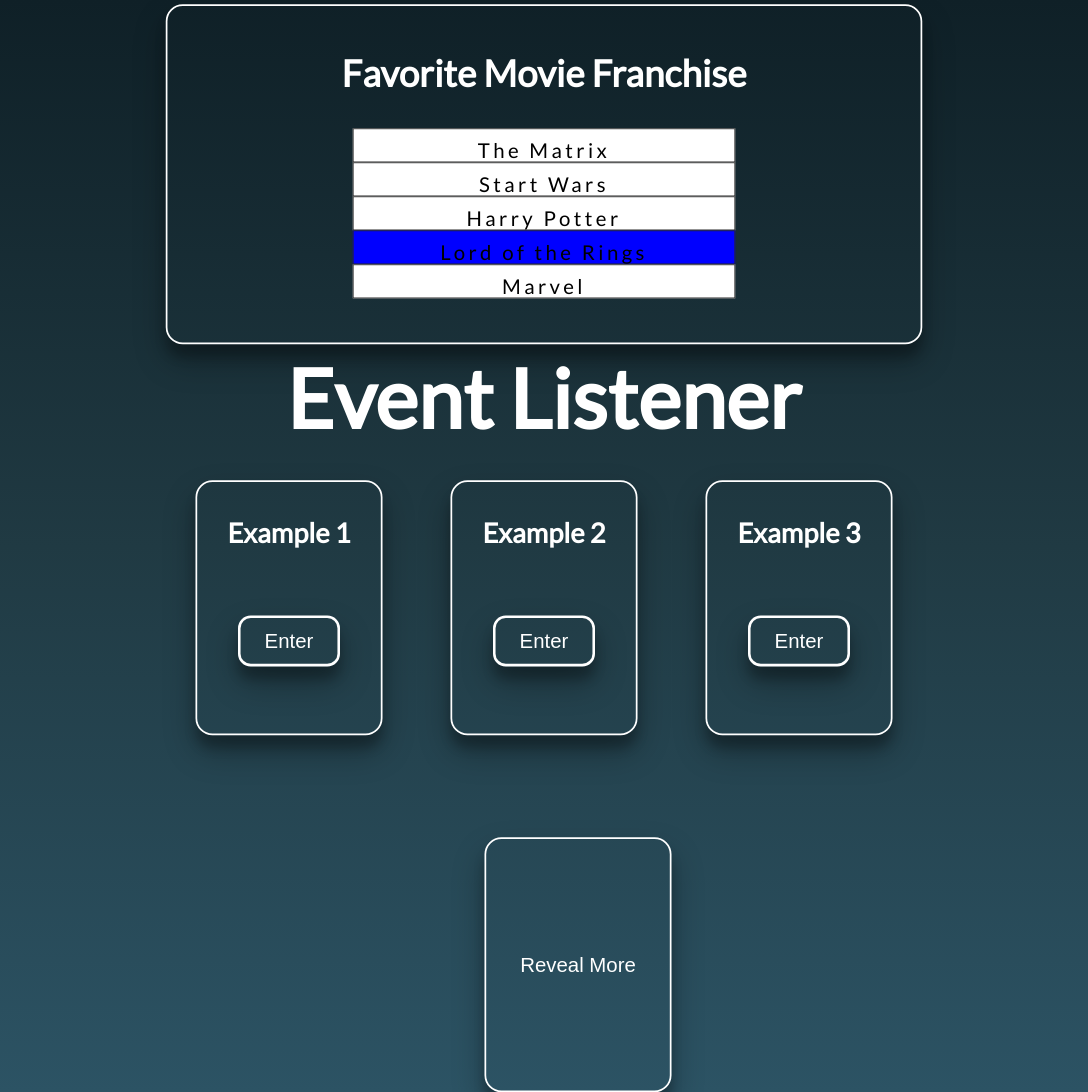
Repository: Ellisvelandia/DOM-Manipulation
Page: index.html
The author's editor kept a copy of each file at every save. The page is drawn from the files as they stood at one save, then again after the next save.
The browser window is 1280 px wide. The pictures show the whole page, at 85% of full size.

Above is the page before, as saved 2022-08-22 18:40:12.

### index.html
<!DOCTYPE html>
<html lang="en">
  <head>
    <meta charset="UTF-8" />
    <meta http-equiv="X-UA-Compatible" content="IE=edge" />
    <meta name="viewport" content="width=device-width, initial-scale=1.0" />
    <link rel="stylesheet" href="style.css" />
    <title>Master DOM Manipulation</title>
  </head>
  <body>
    <div>
      <div class="container">
        <h1 id="main-heading">Favorite Movie Franchise</h1>
        <ul>
          <li class="list-items">The Matrix</li>
          <li class="list-items">Start Wars</li>
          <li class="list-items">Harry Potter</li>
          <li class="list-items">Lord of the Rings</li>
          <li class="list-items">Marvel</li>
        </ul>
      </div>
      <h2 id="main-heading_event">Event Listener</h2>
      <div class="container_event_listener">
        <div class="boxes box-1">
          <h1 id="heading">Example 1</h1>
          <button onclick="alert('I love Javascript')">Enter</button>
        </div>
        <div class="boxes box-2">
          <h1 id="heading">Example 2</h1>
          <button class="btn-2">Enter</button>
        </div>
        <div class="boxes box-3">
          <h1 id="heading">Example 3</h1>
          <button class="btn-3">Enter</button>
        </div>
      </div>

      <div class="Event">
        <div class="hidden-content boxes">
          The Document Object Model is a cross-platform and language-independent
          interface that treats an XML or HTML document as a tree structure
          wherein each node is an object representing a part of the document. The
          DOM represents a document with a logical tree.
        </div>
        <button class="reveal-btn boxes">Reveal More</button>
      </div>

    </div>
    <script src="app.js"></script>
  </body>
</html>

### style.css
@import url("https://fonts.googleapis.com/css2?family=Lato&display=swap");

* {
  list-style: none;
  padding: 0;
  margin: 0;
  box-sizing: border-box;
}

body {
  background: linear-gradient(#0f2027, #203a43, #2c5364);
  height: 100%;
  max-width: 100%;
  font-family: "Lato", sans-serif;
  display: flex;
  justify-content: center;
  align-items: center;
}

.container {
  display: flex;
  align-items: center;
  flex-direction: column;
  justify-content: center;
  border: 1px solid transparent;
  padding: 5px;
  border-radius: 20px;
  height: 400px;
  border: 2px solid #fff;
  box-shadow: rgba(0, 0, 0, 0.3) 0px 19px 38px,
    rgba(0, 0, 0, 0.22) 0px 15px 12px;
  margin: 5px;
}

#main-heading {
  font-size: 2.7rem;
  font-weight: 900;
  color: #fff;
  padding-bottom: 40px;
}

.list-items {
  text-align: center;
  color: #000;
  font-size: 1.5rem;
  font-weight: 300;
  background-color: #fff;
  padding-top: 10px;
  width: 450px;
  height: 40px;
  border: rgb(39, 39, 39) solid 1px;
  letter-spacing: 4px;
}

ul {
  list-style: none;
}

.container_event_listener {
  display: flex;
  align-items: center;
  justify-content: center;
}

.boxes {
  max-width: 100%;
  margin: 5px;
  border: 1px solid transparent;
  border-radius: 20px;
  height: 300px;
  margin: 40px;
  width: 220px;
  border: 2px solid #fff;
  box-shadow: rgba(0, 0, 0, 0.3) 0px 19px 38px,
    rgba(0, 0, 0, 0.22) 0px 15px 12px;
}

#heading {
  position: relative;
  top: 20%;
  left: 50%;
  transform: translate(-50%, -50%);
  color: #fff;
  text-align: center;
}

#main-heading_event {
  text-align: center;
  font-weight: bold;
  font-size: 6rem;
  color: #fff;
}

button {
  position: relative;
  top: 50%;
  left: 50%;
  transform: translate(-50%, -50%);
  box-shadow: rgba(0, 0, 0, 0.3) 0px 19px 38px,
    rgba(0, 0, 0, 0.22) 0px 15px 12px;
  width: 120px;
  height: 60px;
  border: 3px solid #fff;
  border-radius: 15px;
  color: #fff;
  font-size: 1.5rem;
  background-color: transparent;
  cursor: pointer;
}
.Event {
  display: grid;
  place-content: center;
}

.hidden-content {
  display: none;
}

.hidden-content.reveal-btn {
  display: block;
}

### app.js
// // // const title = document.querySelector("#main-heading");

// // // title.style.color = "red";

// // // console.log(title);

// // // const listItems = document.querySelectorAll(".list-items");

// // // for (i = 0; i < listItems.length; i++) {
// // //   listItems[i].style.fontSize = "2rem";
// // // }

// // // console.log(listItems);

// // // Creating Element

// // const ul = document.querySelector("ul");
// // const li = document.querySelector("li");

// // // Adding Elements

// // ul.append(li)

// // // Modifying the text

// // // const firstListItem = document.querySelector('.list-items');

// // // console.log (firstListItem.innerText);
// // // console.log (firstListItem.textContent);
// // // console.log (firstListItem.innerHTML);

// // li.innerText = 'x-men';

// // // Modifying Attributes & classes

// // li.classList.remove('list-items')

// // console.log(li.classList.contains('list-items'));

// // // Remove Elements

// // li.remove();

// // traverse the DOM

// // Parent Node Traversal

// let ul = document.querySelector("ul");

// // console.log(ul.parentNode.parentNode);
// // console.log(ul.parentElement.parentElement);

// const html = document.documentElement;

// console.log(html.parentNode);
// console.log(html.parentElement)

// Child Node Traversal

let ul = document.querySelector("ul");

// console.log(ul.childNodes);
// console.log(ul.firstChild);
// console.log(ul.lastChild);

ul.childNodes[7].style.backgroundColor = "blue";

// console.log (ul.children);
// console.log(ul.firstElementChild);
// console.log(ul.lastElementChild);

// Sibling  Traversal

// let ul = document.querySelector("ul");
// const div = document.querySelector("div");

// console.log(div.childNodes)

// console.log(ul.previousElementSibling);
// console.log(ul.nextElementSibling);

// Event Listener

// element.addEventListener("click", function)

const buttonTwo = document.querySelector(".btn-2");

function alertBtn() {
  alert("I also love javascript");
}

buttonTwo.addEventListener("click", alertBtn);

// Mouseover

const newBackgroundColor = document.querySelector(".box-3");

function changeBgColor() {
  newBackgroundColor.style.backgroundColor = "blue";
}

newBackgroundColor.addEventListener("mouseover", changeBgColor);

//Real Event

const revealBtn = document.querySelector(".reveal-btn");

const hiddenContent = document.querySelector(".hidden-content");

function revealContent() {
  if (hiddenContent.classList.contains("reveal-btn")) {
    hiddenContent.classList.remove("revela-btn");
  } else {
    hiddenContent.classList.add("reveal-btn");
  }
}

revealBtn.addEventListener("click", revealContent);

After the next save:
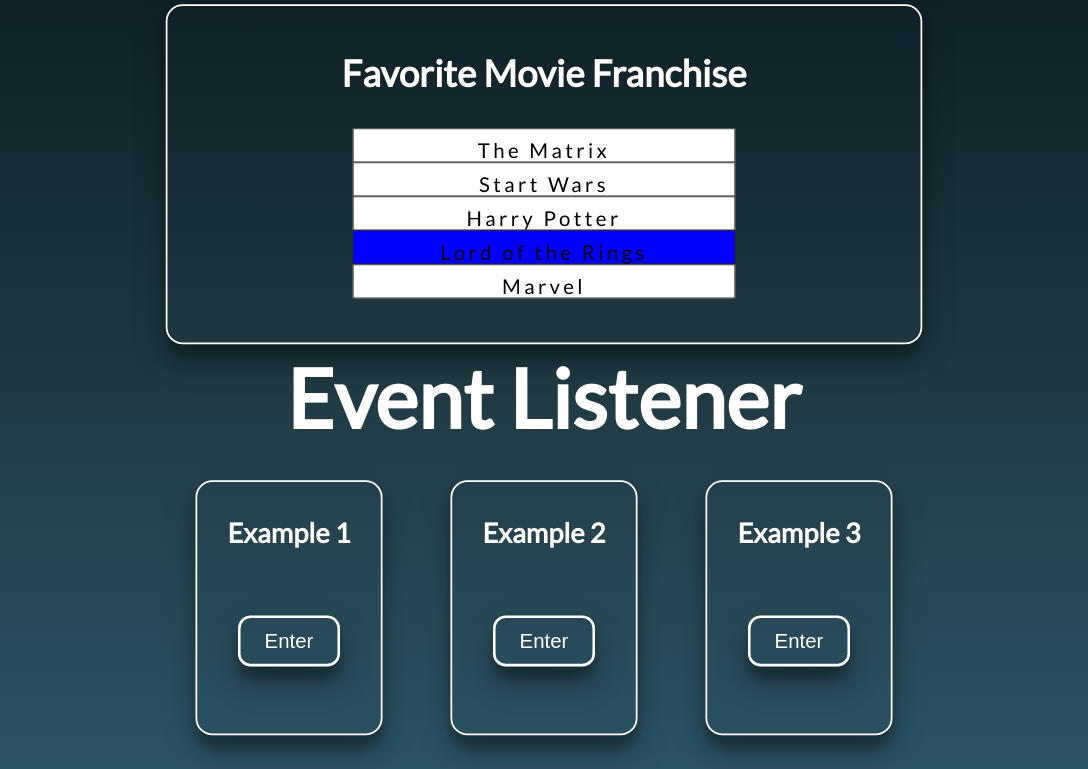
Console error: TypeError: Cannot read properties of null (reading 'addEventListener')
Saved 37 s later.
--- a/index.html
+++ b/index.html
@@ -42,7 +42,6 @@
           wherein each node is an object representing a part of the document. The
           DOM represents a document with a logical tree.
         </div>
-        <button class="reveal-btn boxes">Reveal More</button>
       </div>
 
     </div>

After the save that followed:
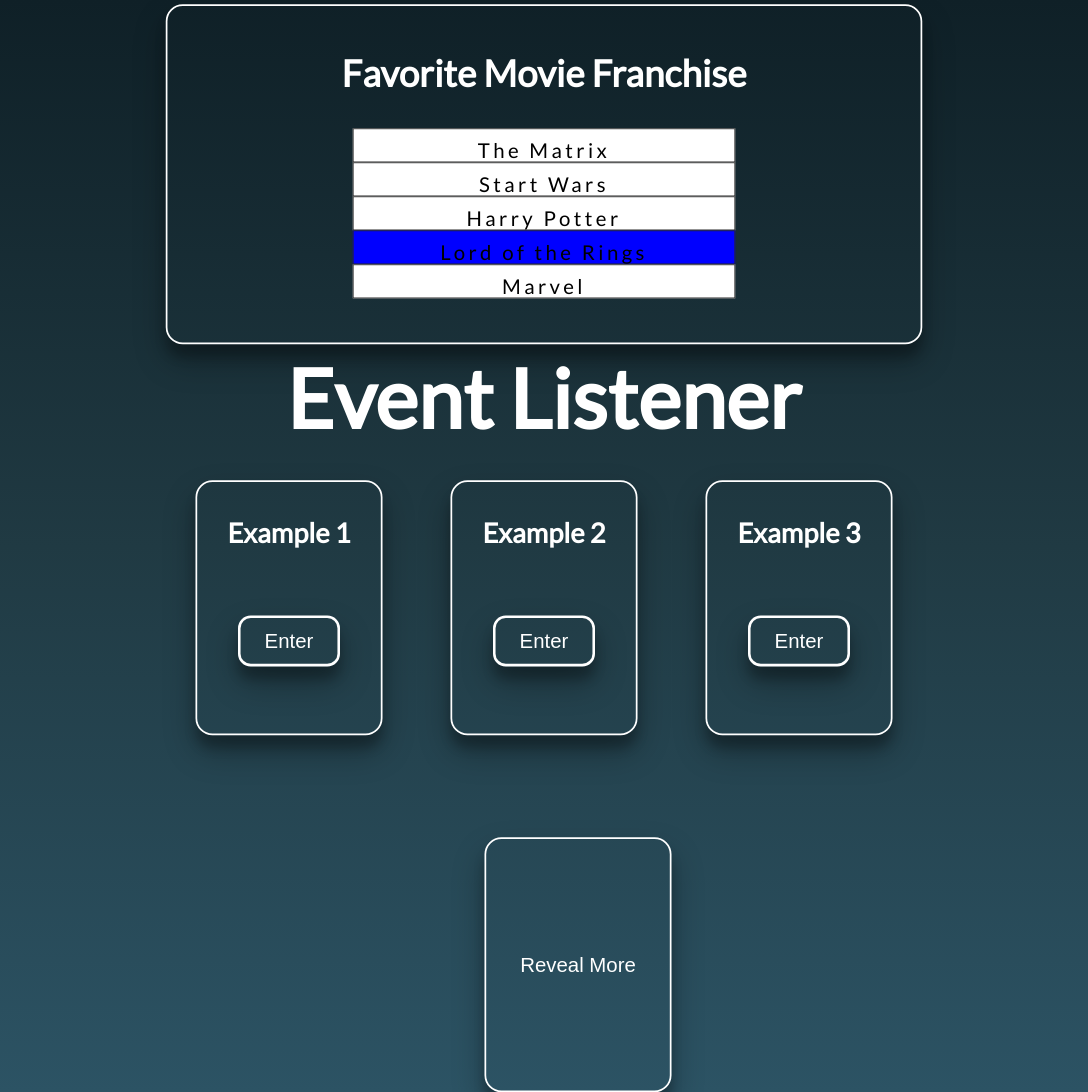
The error is gone.
Saved 5 s later.
--- a/index.html
+++ b/index.html
@@ -36,6 +36,7 @@
       </div>
 
       <div class="Event">
+        <button class="reveal-btn boxes">Reveal More</button>
         <div class="hidden-content boxes">
           The Document Object Model is a cross-platform and language-independent
           interface that treats an XML or HTML document as a tree structure
